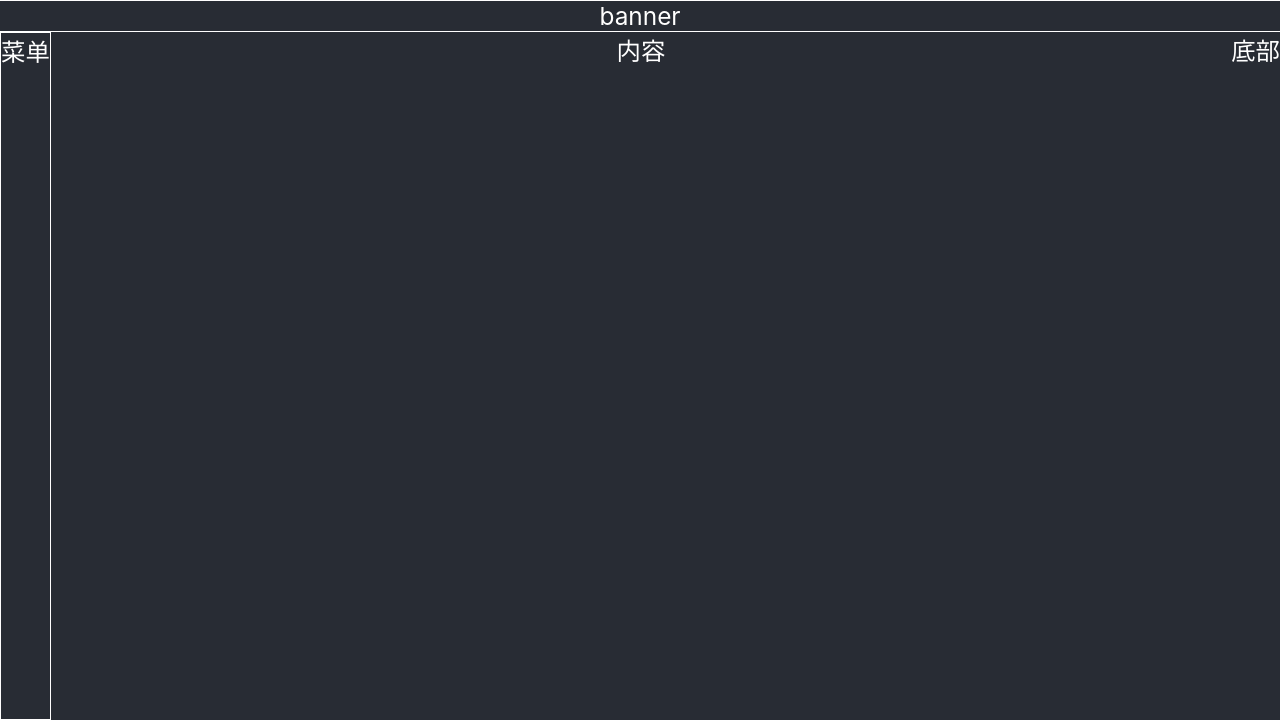
Repository: yaolh1995/react-hooks-demo-drag-layout
Page: /
The author's editor kept a copy of each file at every save. The page is drawn from the files as they stood at one save, then again after the next save.
The browser window is 1280 px wide. The page is 1281 px wide, so the pictures cover 1281 px, including what lies to the right of the window. The pictures show the whole page.
The project was rebuilt for these pictures with package versions that can differ from the ones it lists, and the page was loaded fresh each time.

Above is the page before, as saved 2022-01-29 14:26:18.

### src/index.css
body {
  margin: 0;
  font-family: -apple-system, BlinkMacSystemFont, "Segoe UI", "Roboto", "Oxygen",
    "Ubuntu", "Cantarell", "Fira Sans", "Droid Sans", "Helvetica Neue",
    sans-serif;
  -webkit-font-smoothing: antialiased;
  -moz-osx-font-smoothing: grayscale;
}

code {
  font-family: source-code-pro, Menlo, Monaco, Consolas, "Courier New",
    monospace;
}
.div1,
.div2 {
  margin: 15px;
  width: 100px;
  height: 100px;
  border: 1px solid red;
}

### src/App.js
import logo from "./logo.svg";
import "./App.css";
/* 布局 菜单可有可无，菜单宽度可拖拽 */
function App() {
  return (
    <div className="App">
      <header className="App-header">
        <div className="header">banner</div>
        <div className="content-wrapper">
          <div className="menu">菜单</div>
          <div className="content">内容</div>
          <div className="footer">底部</div>
        </div>
      </header>
    </div>
  );
}

export default App;

### src/App.css
.App {
  text-align: center;
}

.App-logo {
  height: 40vmin;
  pointer-events: none;
}

@media (prefers-reduced-motion: no-preference) {
  .App-logo {
    animation: App-logo-spin infinite 20s linear;
  }
}

.App-header {
  background-color: #282c34;
  min-height: 100vh;
  width: 100%;
  display: flex;
  flex-direction: column;
  align-items: center;
  justify-content: center;
  font-size: calc(10px + 2vmin);
  color: white;
}

.menu {
  border: 1px solid #fff;
}
.header {
  width: 100%;
  border: 1px solid #fff;
}
.content-wrapper {
  display: flex;
  width: 100%;
  flex: 1;
}
.content-wrapper > .content {
  flex: 1;
  text-align: center;
}

.App-link {
  color: #61dafb;
}

@keyframes App-logo-spin {
  from {
    transform: rotate(0deg);
  }
  to {
    transform: rotate(360deg);
  }
}

Loaded but not shown: public/index.html (common file); src/index.js (common file); src/reportWebVitals.js (common file)

After the next save:
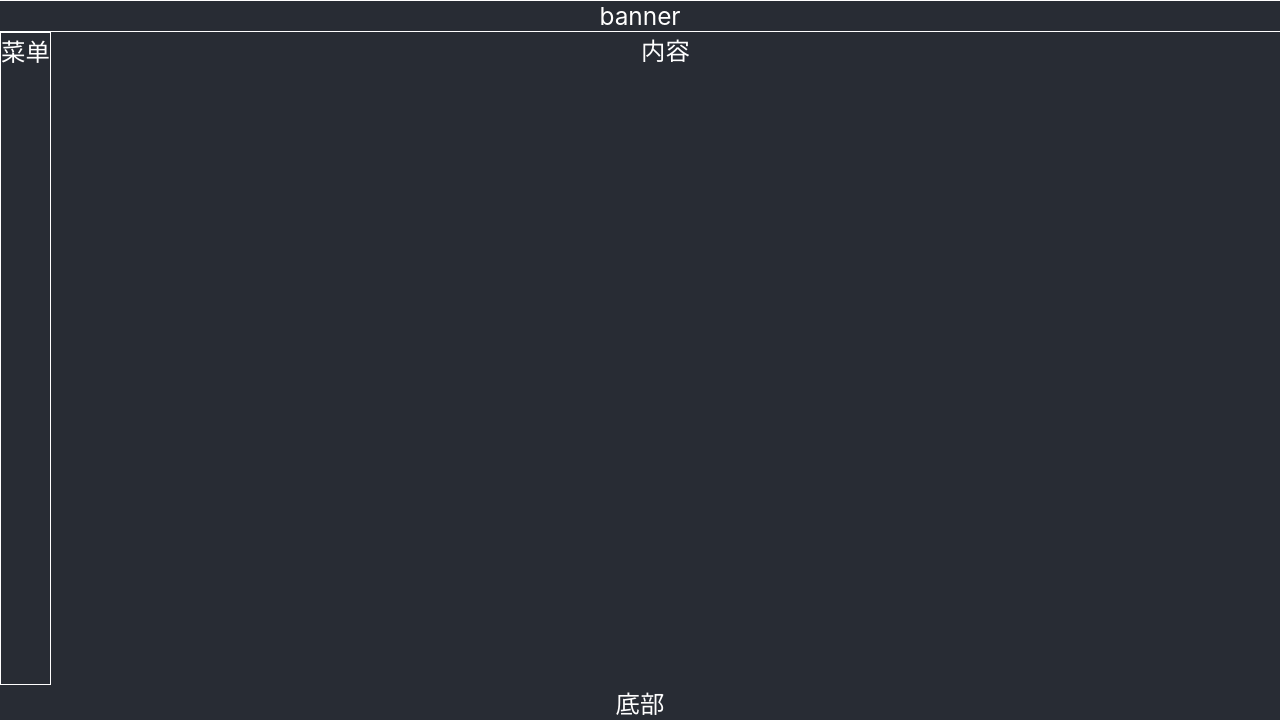
Saved 9 s later.
--- a/src/App.js
+++ b/src/App.js
@@ -9,8 +9,8 @@ function App() {
         <div className="content-wrapper">
           <div className="menu">菜单</div>
           <div className="content">内容</div>
-          <div className="footer">底部</div>
         </div>
+        <div className="footer">底部</div>
       </header>
     </div>
   );
